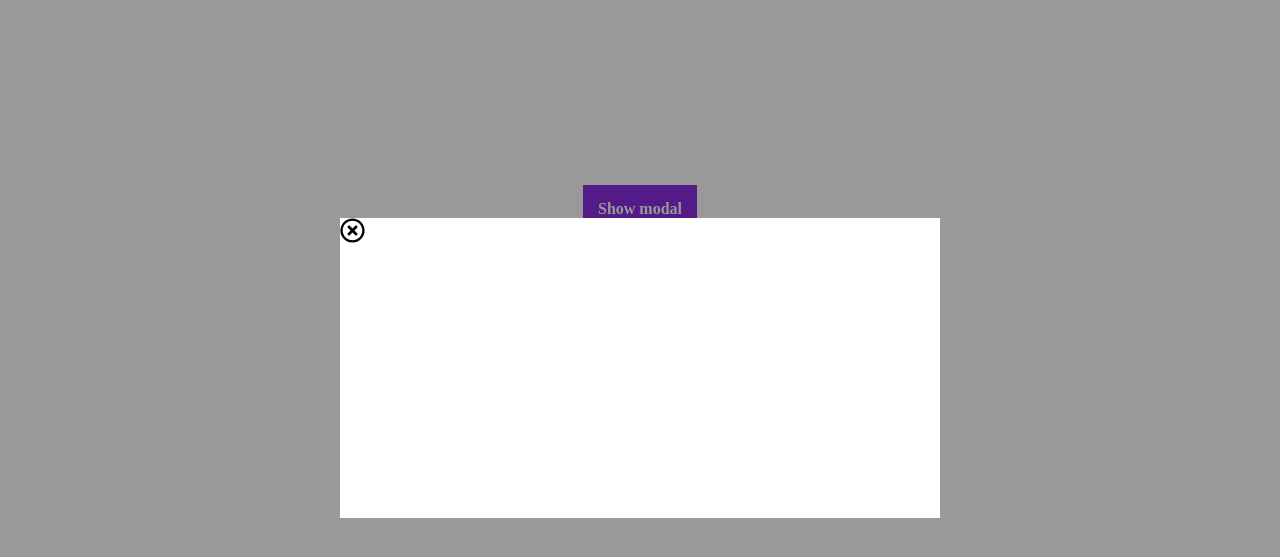
Repository: AnhTuan191298/sent-file-hoang
Page: js_modal/index.html
An editor plug-in stored every save of this project. The page is shown before and after the next save, followed by the edit.
The browser window is 1280 px wide. The pictures show the whole page.

Above is the page before, as saved 2021-02-01 14:00:58.

### js_modal/index.html
<!DOCTYPE html>
<html lang="en">
<head>
    <meta charset="UTF-8">
    <meta name="viewport" content="width=device-width, initial-scale=1.0">
    <title>Modal</title>
    <style>
        * {
            margin: 0;
            padding: 0;
        }
        .modal {
            display: flex;
            justify-content: center;
            align-items: center;
            margin-top: 200px;
        }
        .modal__action {
            text-decoration: none;
            padding: 15px;
            background-color: blueviolet;
            color: white;
            font-weight: bold;
        }
        .layout {
            position: fixed;
            top: 0;
            bottom: 0;
            right: 0;
            left: 0;
            background-color: rgba(0, 0, 0, 0.4);
        }
        .modal_show {
            display: flex;
            align-items: center;
            justify-content: center;
            z-index: 999;
        }
        .modal_show-contain {
            position: relative;
            background-color: white;
            width: 600px;
            min-height: 300px;
        }
        .modal_show__close {

        }
        .modal_show__close-img {
            width: 25px;
            height: 25px;
        }
    </style>
</head>
<body>
    <div class="modal">
        <div class="modal_buttun">
            <a class="modal__action" href="#">Show modal</a>
        </div>
    </div>
    <div class="layout"></div>
    <div class="modal_show">
        <div class="modal_show-contain">
            <div class="modal_show__close">
                <img class="modal_show__close-img" src="./assets/imgs/times-circle-regular.svg" alt="close">
            </div>
        </div>
    </div>

    <script src="./assets/js/main.js"></script>
</body>
</html>

Loaded but not shown: js_modal/assets/js/main.js (no stored copy; drawn as an empty file)

After the next save:
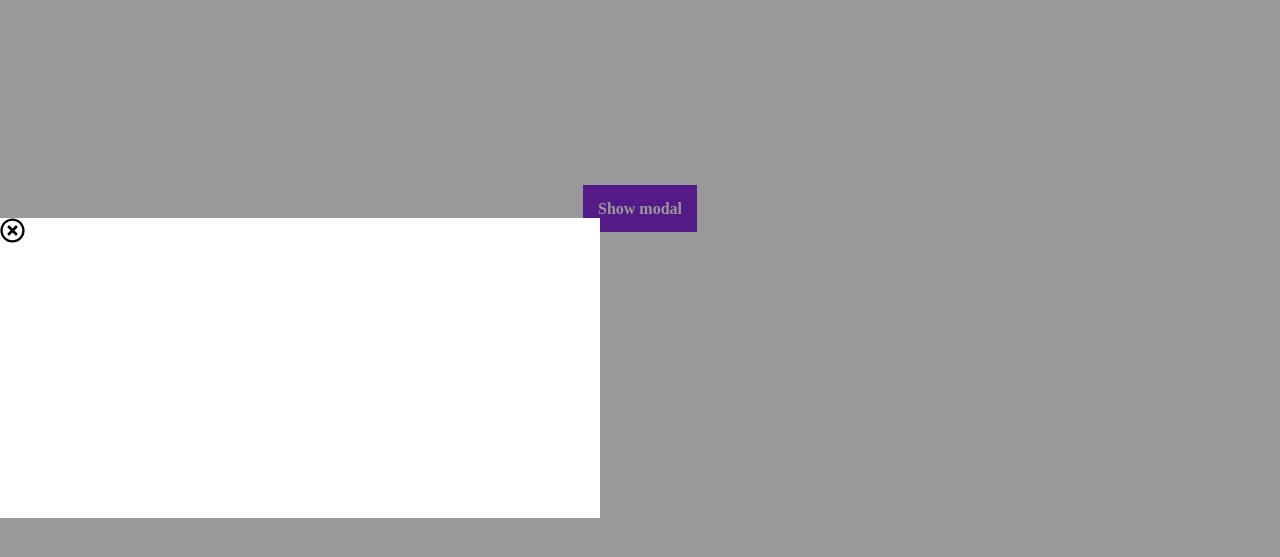
Saved 20 s later.
--- a/js_modal/index.html
+++ b/js_modal/index.html
@@ -32,8 +32,6 @@
         }
         .modal_show {
             display: flex;
-            align-items: center;
-            justify-content: center;
             z-index: 999;
         }
         .modal_show-contain {

After the save that followed:
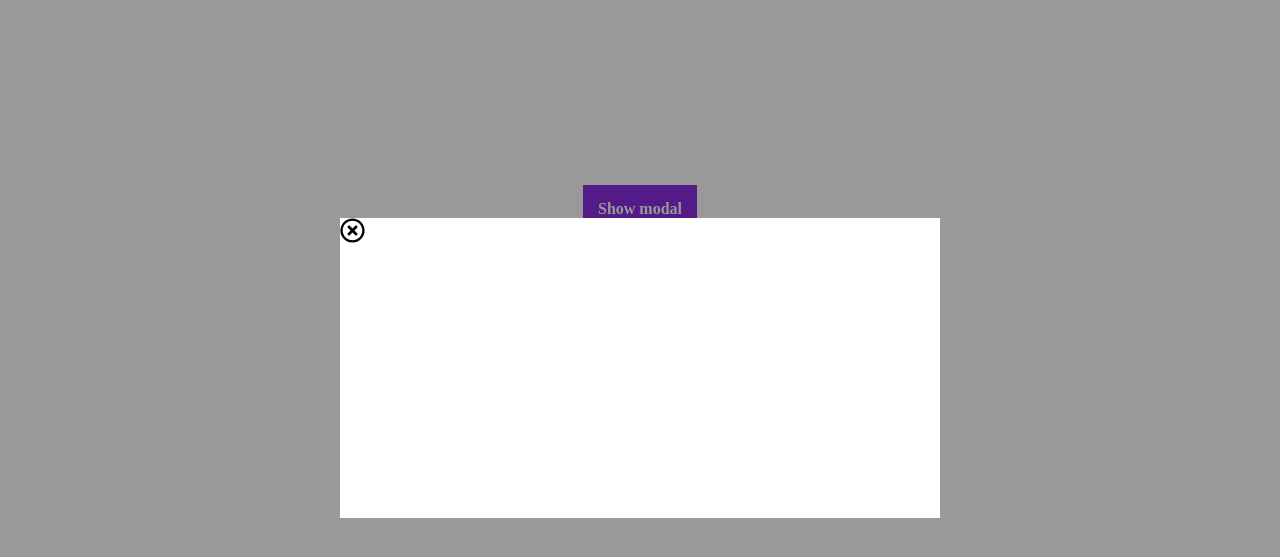
Saved 5 s later.
--- a/js_modal/index.html
+++ b/js_modal/index.html
@@ -32,6 +32,8 @@
         }
         .modal_show {
             display: flex;
+            align-items: center;
+            justify-content: center;
             z-index: 999;
         }
         .modal_show-contain {
